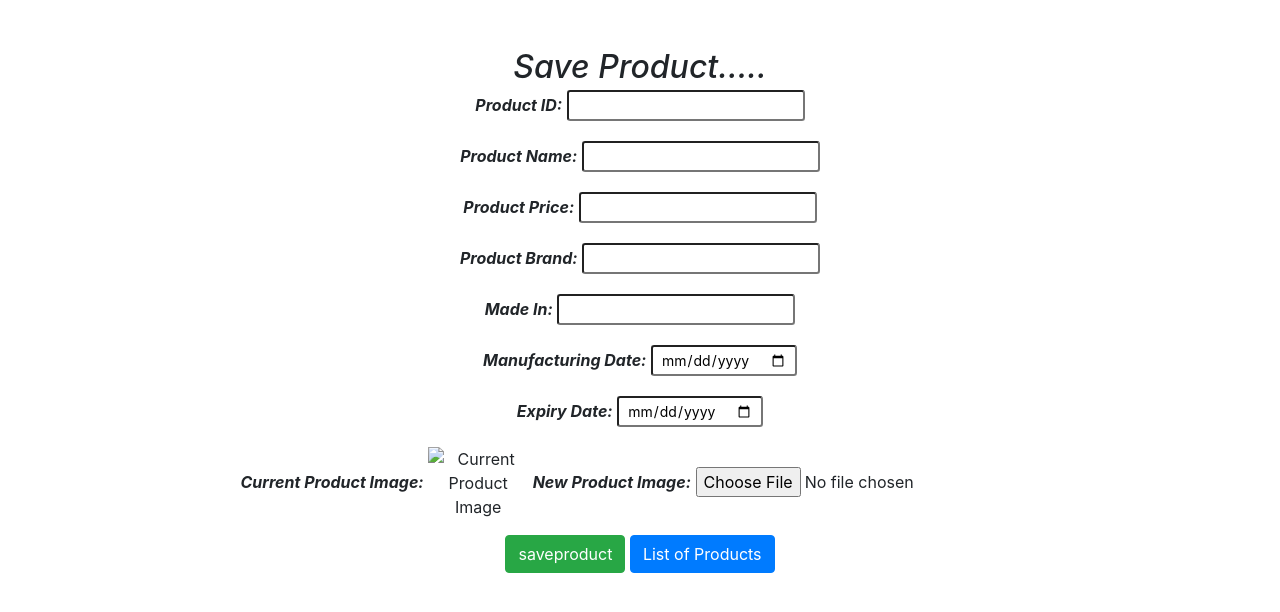
Repository: ShailajaMakkala/AdvJavaPrograms
Page: http://localhost/ProductManagementApp1/edit-form.jsp
These files come from the project's save history. The page is drawn as it stood at one moment and after the next save; the edit follows.
The browser window is 1280 px wide. The pictures show the whole page.
The page is served by Tomcat 9. The template is opened directly, without the code that normally fills it, so the values that code supplies are empty.

Above is the page before, as saved 2024-03-07 13:41:24.

After the next save:
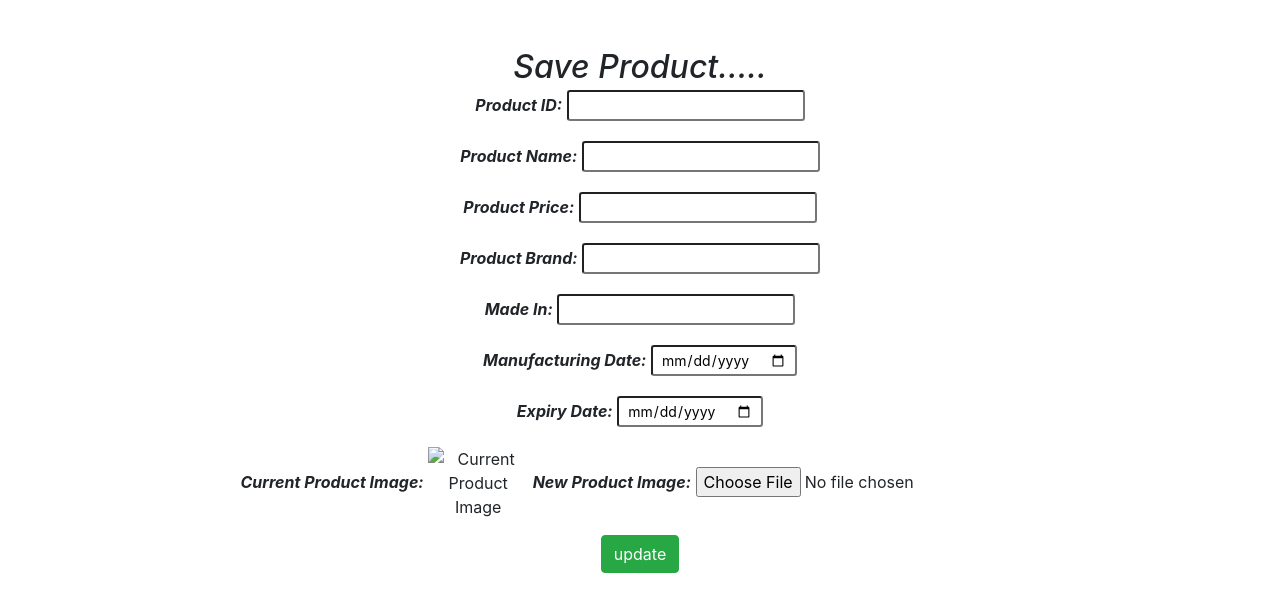
Saved 43 h 9 min later.
--- a/ProductManagementApp1/src/main/webapp/edit-form.jsp
+++ b/ProductManagementApp1/src/main/webapp/edit-form.jsp
@@ -76,8 +76,7 @@
 
           </div>
 
-   			  <input type="submit" class="btn btn-success" value="saveproduct"/>
-            <a href="productList.jsp" class="btn btn-primary"> List of Products</a>
+   			  <input type="submit" class="btn btn-success" value="update"/>
 
 
    </form>
